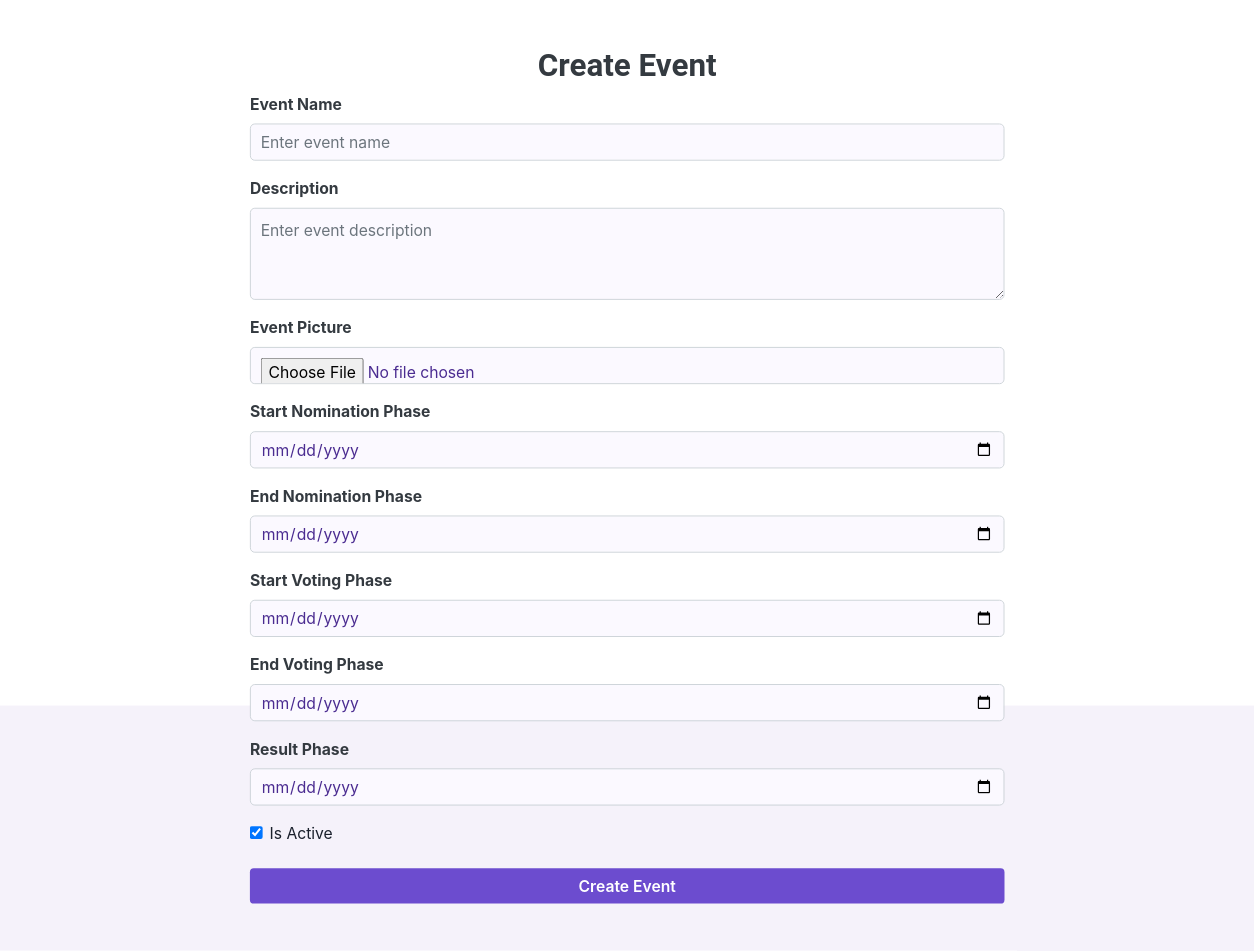
Repository: B-Vidhya/eVoting1
Page: /admin/create (app in Frontend/)
These files come from the project's save history. The page is drawn as it stood at one moment and after the next save; the edit follows.
The browser window is 1280 px wide. The pictures show the whole page, at 98% of full size.
The project was rebuilt for these pictures with package versions that can differ from the ones it lists, and the page was loaded fresh each time. Also part of the build but not shown: Frontend/src/Components/SignUpPage.js, Frontend/src/Components/Home.js, Frontend/src/Components/EventsList.js, Frontend/src/Components/NominationForm.js, Frontend/src/Components/AdminViewCandidates.js, Frontend/src/Components/VotingPage.js, Frontend/src/Components/ResultPage.js, Frontend/src/Components/InactiveEventPage.js and 8 more.

Above is the page before, as saved 2024-10-24 13:12:20.

After the next save:
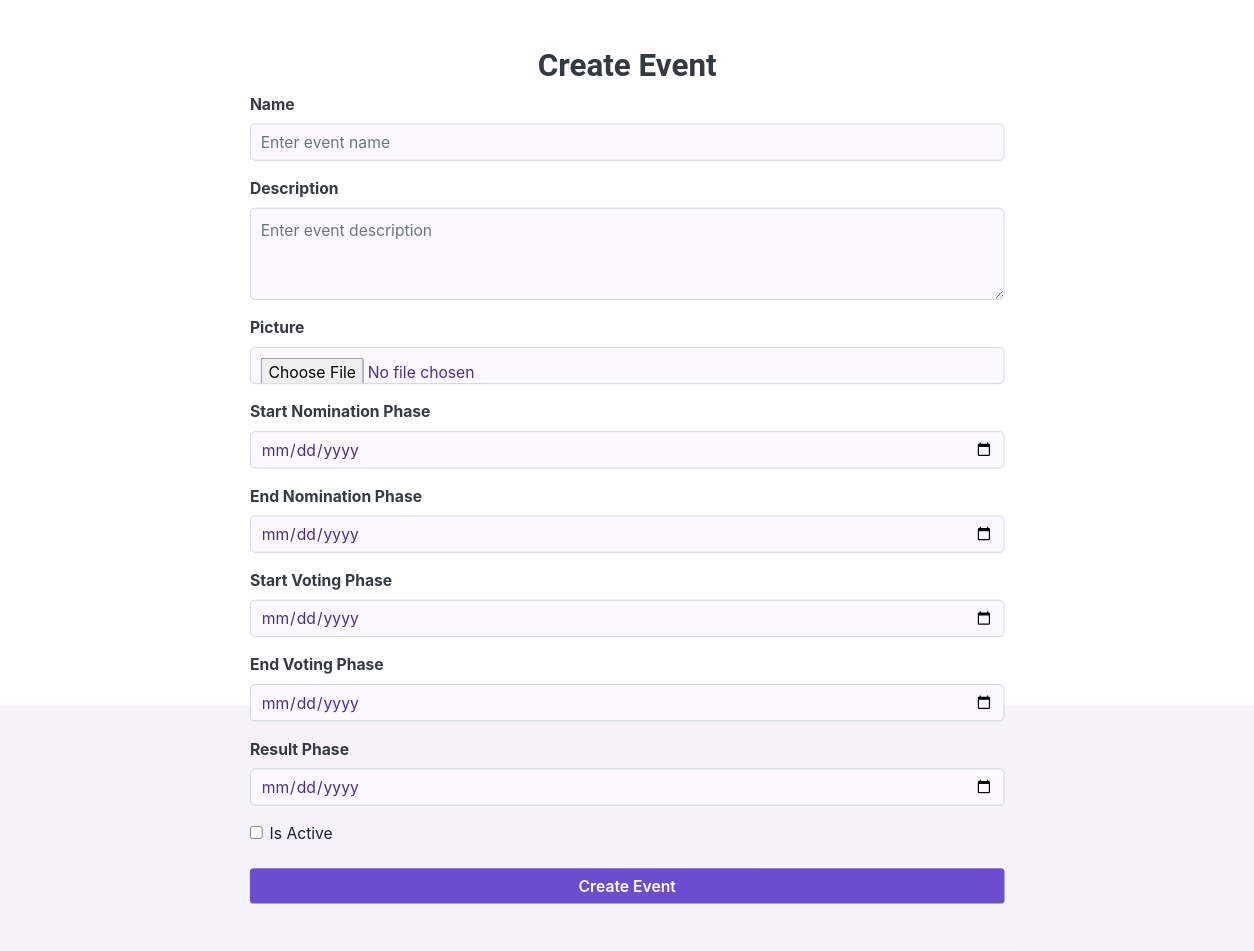
Saved 39 s later.
--- a/Frontend/src/Components/AdminCreate.js
+++ b/Frontend/src/Components/AdminCreate.js
@@ -11,17 +11,17 @@ const AdminCreate = () => {
   // Define state for form fields
   const [eventName, setEventName] = useState("");
   const [eventDescription, setEventDescription] = useState("");
+  const [pic, setPic] = useState(null); // Changed to pic
   const [startNominationPhase, setStartNominationPhase] = useState("");
   const [endNominationPhase, setEndNominationPhase] = useState("");
   const [startVotingPhase, setStartVotingPhase] = useState("");
   const [endVotingPhase, setEndVotingPhase] = useState("");
   const [resultPhase, setResultPhase] = useState("");
-  const [pic, setPic] = useState(); // For the picture upload
-  const [isActive, setIsActive] = useState(true); // New isActive state
+  const [isActive, setIsActive] = useState(false); // Added isActive state
   const [loading, setLoading] = useState(false);
   const toast = useToast();
 
-  const postDetails = (pics) => {
+  const postDetails = async (pics) => {
     setLoading(true);
     if (pics === undefined) {
       toast({
@@ -39,19 +39,27 @@ const AdminCreate = () => {
       data.append("file", pics);
       data.append("upload_preset", "chat-app");
       data.append("cloud_name", "dumugkpxd");
-      fetch("https://api.cloudinary.com/v1_1/dumugkpxd/image/upload", {
-        method: "post",
-        body: data,
-      })
-        .then((res) => res.json())
-        .then((data) => {
-          setPic(data.url.toString());
-          setLoading(false);
-        })
-        .catch((err) => {
-          console.log(err);
-          setLoading(false);
+
+      try {
+        const res = await fetch(
+          "https://api.cloudinary.com/v1_1/dumugkpxd/image/upload",
+          {
+            method: "post",
+            body: data,
+          }
+        );
+        const imageData = await res.json();
+        setPic(imageData.url); // Use setPic for saving image URL
+      } catch (err) {
+        console.log(err);
+        toast({
+          title: "Image upload failed!",
+          status: "error",
+          duration: 5000,
+          isClosable: true,
+          position: "bottom",
         });
+      }
     } else {
       toast({
         title: "Please Select an Image!",
@@ -61,39 +69,49 @@ const AdminCreate = () => {
         position: "bottom",
       });
       setLoading(false);
+      return;
     }
+    setLoading(false);
   };
 
   const handleSubmit = async (e) => {
     e.preventDefault();
+    setLoading(true);
 
     const eventData = {
       name: eventName,
       description: eventDescription,
-      picture: pic,
+      picture: pic, // Use pic for the image URL
       startNominationPhase,
       endNominationPhase,
       startVotingPhase,
       endVotingPhase,
       resultPhase,
-      isActive, // Include the isActive field
+      isActive, // Include isActive field in the payload
     };
 
     try {
-      const response = await axios.post("/api/events", eventData, {
-        headers: {
-          "Content-Type": "application/json",
-        },
-      });
+      const response = await axios.post(
+        "http://localhost:5000/api/events",
+        eventData,
+        {
+          headers: {
+            "Content-Type": "application/json",
+          },
+        }
+      );
 
       console.log("Event created:", response.data);
-      navigate("/events");
+      // Redirect or update UI after successful submission
+      navigate("/events"); // Adjust based on your routing
     } catch (error) {
       console.error(
-        "Error creating event:",
+        "Error:",
         error.response ? error.response.data : error.message
       );
     }
+
+    setLoading(false);
   };
 
   return (
@@ -103,7 +121,7 @@ const AdminCreate = () => {
           <h2 className="text-center">Create Event</h2>
           <Form onSubmit={handleSubmit}>
             <Form.Group controlId="formName">
-              <Form.Label>Event Name</Form.Label>
+              <Form.Label>Name</Form.Label>
               <Form.Control
                 type="text"
                 placeholder="Enter event name"
@@ -124,7 +142,7 @@ const AdminCreate = () => {
               />
             </Form.Group>
             <Form.Group controlId="formPicture" className="mt-3">
-              <Form.Label>Event Picture</Form.Label>
+              <Form.Label>Picture</Form.Label>
               <Form.Control
                 type="file"
                 onChange={(e) => postDetails(e.target.files[0])}
@@ -176,7 +194,6 @@ const AdminCreate = () => {
                 required
               />
             </Form.Group>
-            {/* isActive Checkbox */}
             <Form.Group controlId="formIsActive" className="mt-3">
               <Form.Check
                 type="checkbox"
@@ -185,6 +202,7 @@ const AdminCreate = () => {
                 onChange={(e) => setIsActive(e.target.checked)}
               />
             </Form.Group>
+
             <Button variant="primary" type="submit" className="mt-4 w-100">
               Create Event
             </Button>
